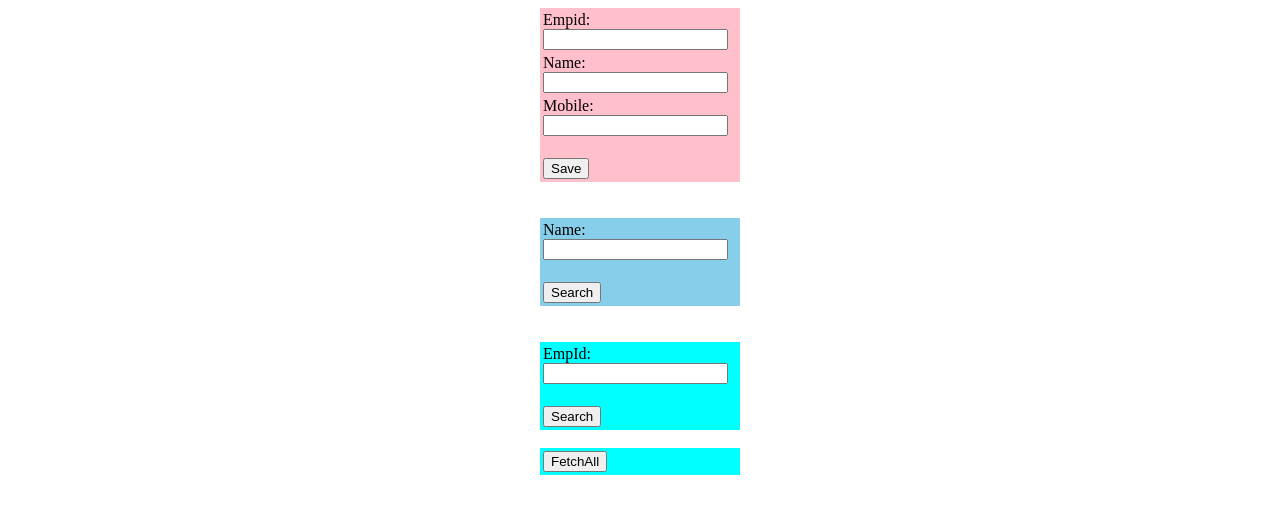
Repository: Suknaina/Repo
Page: MockServlet/src/main/webapp/Home.html
The author's editor kept a copy of each file at every save. The page is drawn from the files as they stood at one save, then again after the next save.
The browser window is 1280 px wide. The pictures show the whole page.

Above is the page before, as saved 2023-05-23 17:32:33.

### MockServlet/src/main/webapp/Home.html
<!DOCTYPE html>
<html>
<head>
<meta charset="ISO-8859-1">
<title>Insert title here</title>
</head>
<body>
	<center>
		<form action="save" method="post">
			<table bgcolor="pink" width="200px">
				<tr>
					<td>Empid: <input type="number" name="empid"><br>
					</td>
				</tr>
				<tr>
					<td>Name: <input type="text" name="name"><br>
					</td>
				</tr>
				<tr>
					<td>Mobile: <input type="number" name="mobile"><br>
						<br>
					</td>
				</tr>
				<tr>
					<td>
						<button>Save</button>
					</td>
				</tr>
			</table>
		</form>
		<br>
		<form action="namesearch" method="post">
			<table bgcolor="skyblue" width="200px">
			<tr>
					<td>Name: <input type="text" name="name"><br><br>
					</td>
				</tr>
				<br>
				<tr>
					<td>
						<button>Search</button>
					</td>
				</tr>
			</table>
		</form>
		<br>
		<form action="empidsearch" method="post">
			<table bgcolor="cyan" width="200px">
			<tr>
					<td>EmpId: <input type="text" name="empid"><br><br>
					</td>
				</tr>
				<br>
				<tr>
					<td>
						<button>Search</button>
					</td>
				</tr>
			</table>
		</form>
		<br>
		<table bgcolor="cyan" width="200px">
		<tr>
					<td>
						<button>FetchAll</button>
					</td>
				</tr>
		</table>
	</center>
</body>
</html>

After the next save:
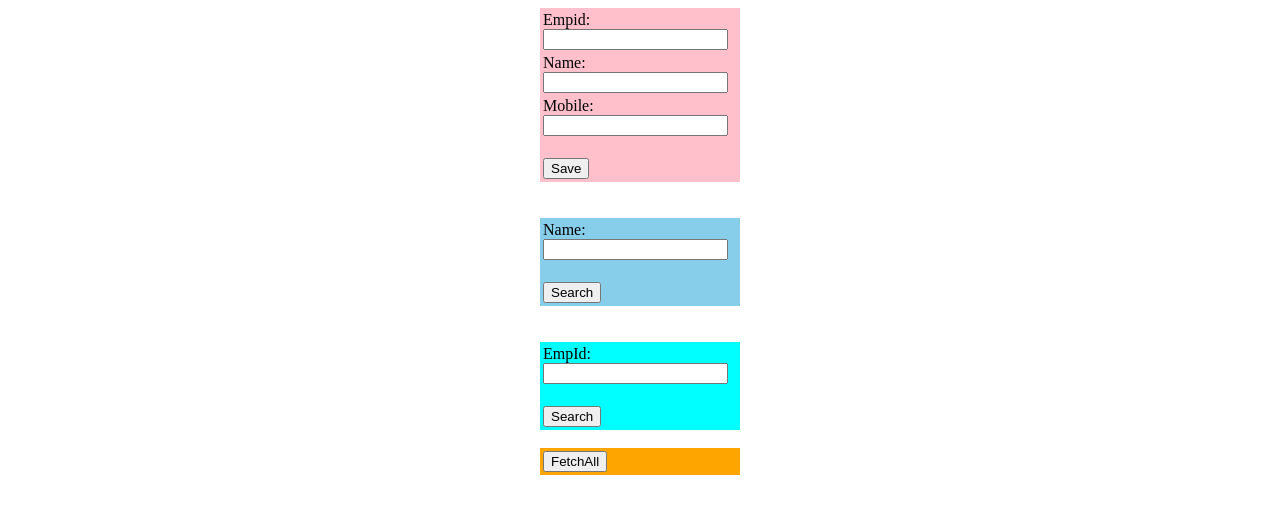
Saved 53 s later.
--- a/MockServlet/src/main/webapp/Home.html
+++ b/MockServlet/src/main/webapp/Home.html
@@ -59,7 +59,7 @@
 			</table>
 		</form>
 		<br>
-		<table bgcolor="cyan" width="200px">
+		<table bgcolor="orange" width="200px">
 		<tr>
 					<td>
 						<button>FetchAll</button>
